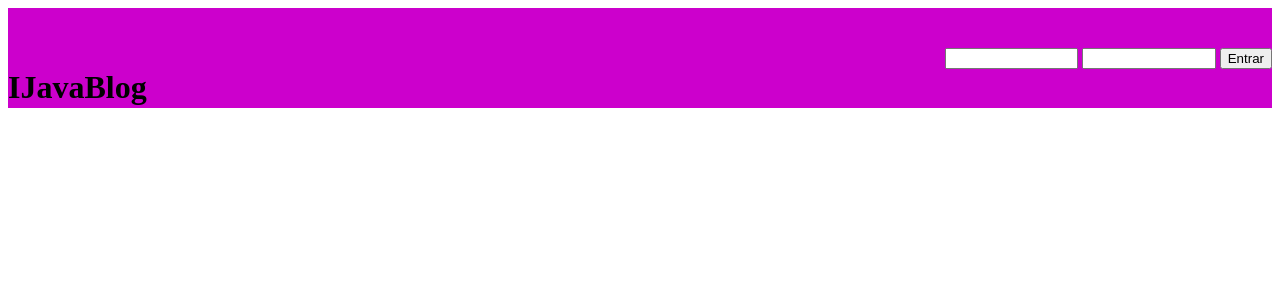
Repository: alruis/IJavaDreamBlog
Page: http://localhost/IJavaBlog/jsp/blog/cabecera.jsp
The author's editor kept a copy of each file at every save. The page is drawn from the files as they stood at one save, then again after the next save.
The browser window is 1280 px wide. The pictures show the whole page.
The page is served by Tomcat 9. Nobody is signed in. The application's start-up code is not run. Other server files are loaded and not shown.

Above is the page before, as saved 2014-09-23 10:10:51.

### IJavaBlog/WebContent/jsp/blog/cabecera.jsp
<%@ page language="java" contentType="text/html; charset=UTF-8"
    pageEncoding="UTF-8"%>
<%@ taglib prefix="c" uri="http://java.sun.com/jsp/jstl/core" %>

<link href="css/cabecera.css" rel="stylesheet" type="text/css" />
<div id="cabecera">
	<form action="autenticar.blog" method="post">
	<div><h1>IJavaBlog</h1></div>
	<div>
		<c:choose>
			<c:when test="${empty sessionScope.usuario}">
				<input type="text" name="correo" />
				<input type="text" name="clave" />
				<input type="submit" value="Entrar" />
			</c:when>
			<c:otherwise>
				Bienvenido, ${sessionScope.usuario.correo }
				<a href="cerrarSesion.blog">Cerrar sesión</a>
			</c:otherwise>
		</c:choose>
	</div>
	</form>
</div>

### IJavaBlog/WebContent/css/cabecera.css
#cabecera {
	background-color: #CC00CC;
	height: 100px;
}

#cabecera div:nth-child(1) {
	float: left;
	width: 20%;
	vertical-align: middle;
	padding: 40px 0px 0px 0px;
}

#cabecera div:nth-child(2) {
	float: left;
	width: 80%;
	text-align: right;
	padding: 40px 0px 0px 0px;
}

#cabecera div:nth-child(2) input[type=text],
#cabecera div:nth-child(2) input[type=password] {
	width: 10em;
}

After the next save:
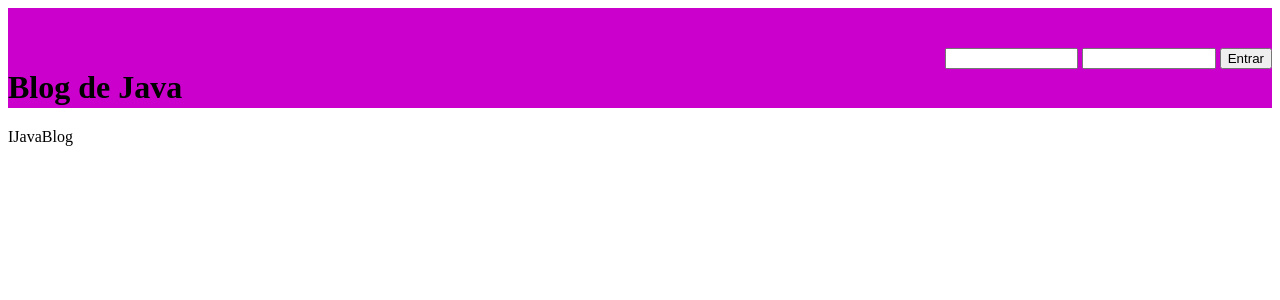
Saved 62 s later.
--- a/IJavaBlog/WebContent/jsp/blog/cabecera.jsp
+++ b/IJavaBlog/WebContent/jsp/blog/cabecera.jsp
@@ -5,7 +5,7 @@
 <link href="css/cabecera.css" rel="stylesheet" type="text/css" />
 <div id="cabecera">
 	<form action="autenticar.blog" method="post">
-	<div><h1>IJavaBlog</h1></div>
+	<div><h1>Blog de Java</h1>IJavaBlog</div>
 	<div>
 		<c:choose>
 			<c:when test="${empty sessionScope.usuario}">
